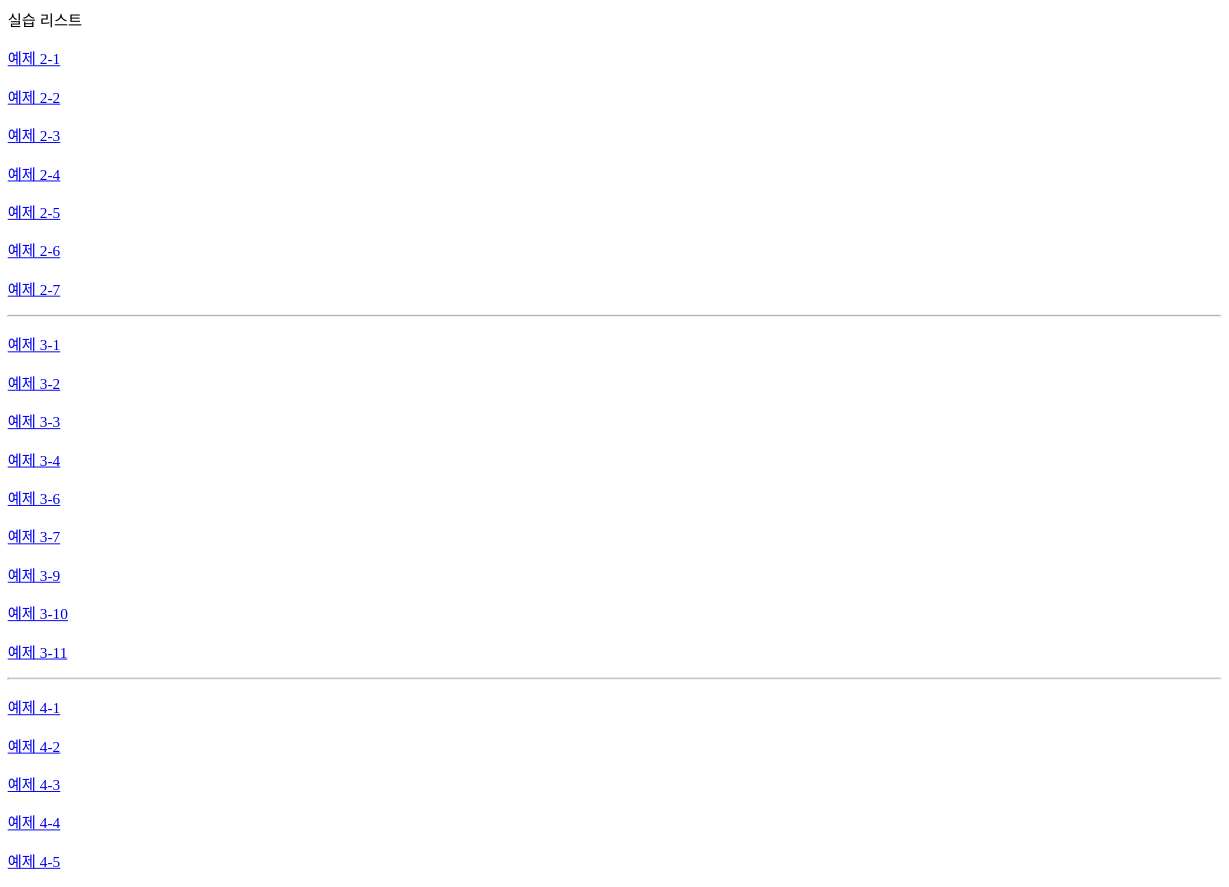
Repository: ezooo/JSP
Page: http://localhost/jspbook/
An editor plug-in stored every save of this project. The page is shown before and after the next save, followed by the edit.
The browser window is 1280 px wide. The pictures show the whole page, at 96% of full size.
The page is served by Tomcat 10. Other server files are loaded and not shown.

Above is the page before, as saved 2024-10-10 03:34:53.

### jspbook/src/main/webapp/index.jsp
<%@ page language="java" contentType="text/html; charset=UTF-8"
    pageEncoding="UTF-8"%>
<!DOCTYPE html>
<html>
<head>
<meta charset="UTF-8">
<title>index.jsp</title>
</head>
<body>
	실습 리스트
	<p><a href="2_1">예제 2-1</a></p>
	<p><a href="2_2">예제 2-2</a></p>
	<p><a href="2_3">예제 2-3</a></p>
	<p><a href="2_4">예제 2-4</a></p>
	<p><a href="2_5">예제 2-5</a></p>
	<p><a href="2_6">예제 2-6</a></p>
	<p><a href="2_7">예제 2-7</a></p>
	<hr></hr>
	<p><a href="3_1">예제 3-1</a></p>
	<p><a href="3_2">예제 3-2</a></p>
	<p><a href="3_3">예제 3-3</a></p>
	<p><a href="3_4">예제 3-4</a></p>
	<p><a href="3_6">예제 3-6</a></p>
	<p><a href="3_7">예제 3-7</a></p>
	<p><a href="3_9">예제 3-9</a></p>
	<p><a href="3_10">예제 3-10</a></p>
	<p><a href="3_11">예제 3-11</a></p>

	<hr></hr>
	<p><a href="4_1">예제 4-1</a></p>
	<p><a href="4_2">예제 4-2</a></p>
	<p><a href="4_3">예제 4-3</a></p>
	<p><a href="4_4">예제 4-4</a></p>
	<p><a href="4_5">예제 4-5</a></p>
</body>
</html>

After the next save:
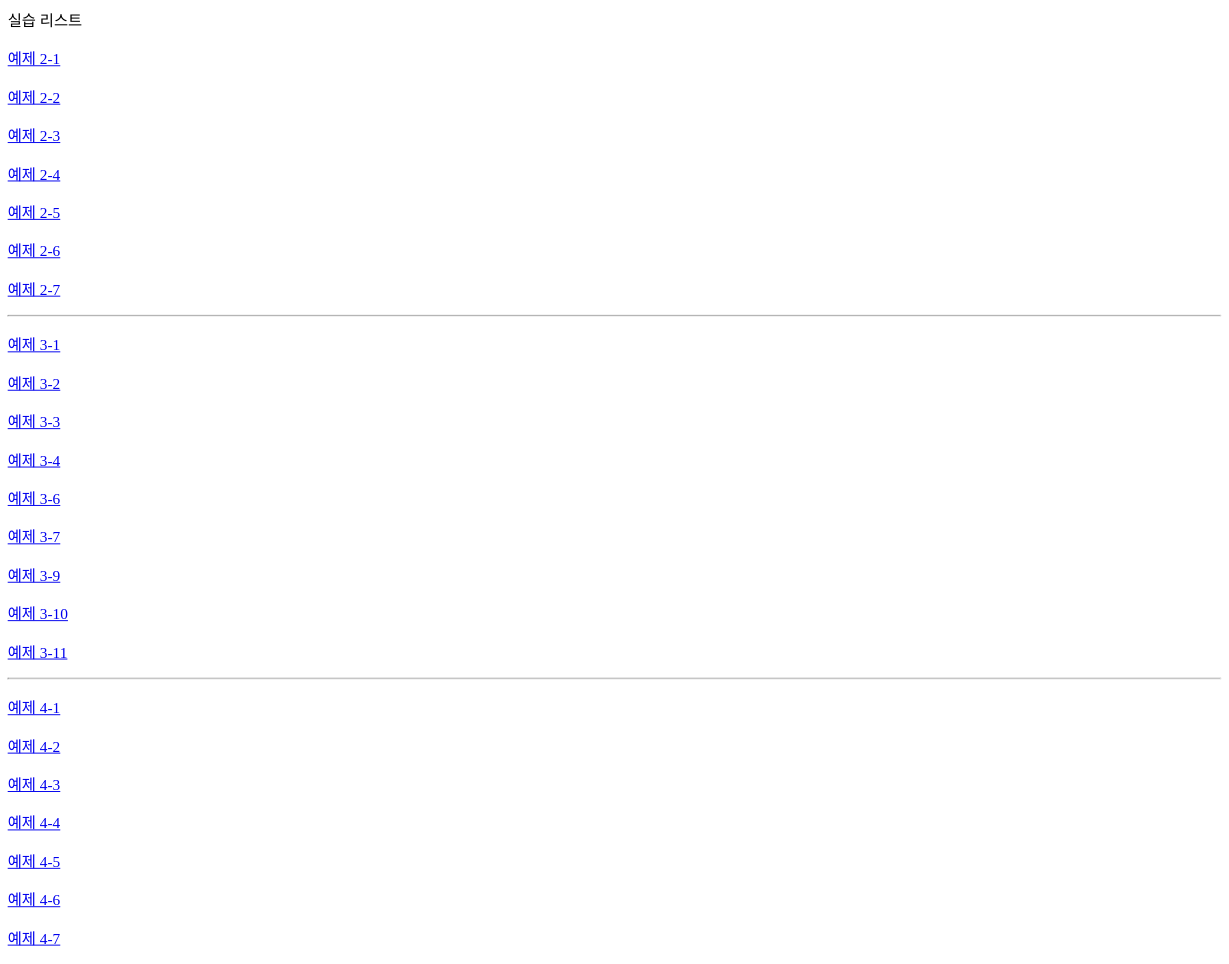
Saved 29 s later.
--- a/jspbook/src/main/webapp/index.jsp
+++ b/jspbook/src/main/webapp/index.jsp
@@ -32,5 +32,7 @@
 	<p><a href="4_3">예제 4-3</a></p>
 	<p><a href="4_4">예제 4-4</a></p>
 	<p><a href="4_5">예제 4-5</a></p>
+	<p><a href="4_6">예제 4-6</a></p>
+	<p><a href="4_7">예제 4-7</a></p>
 </body>
 </html>
